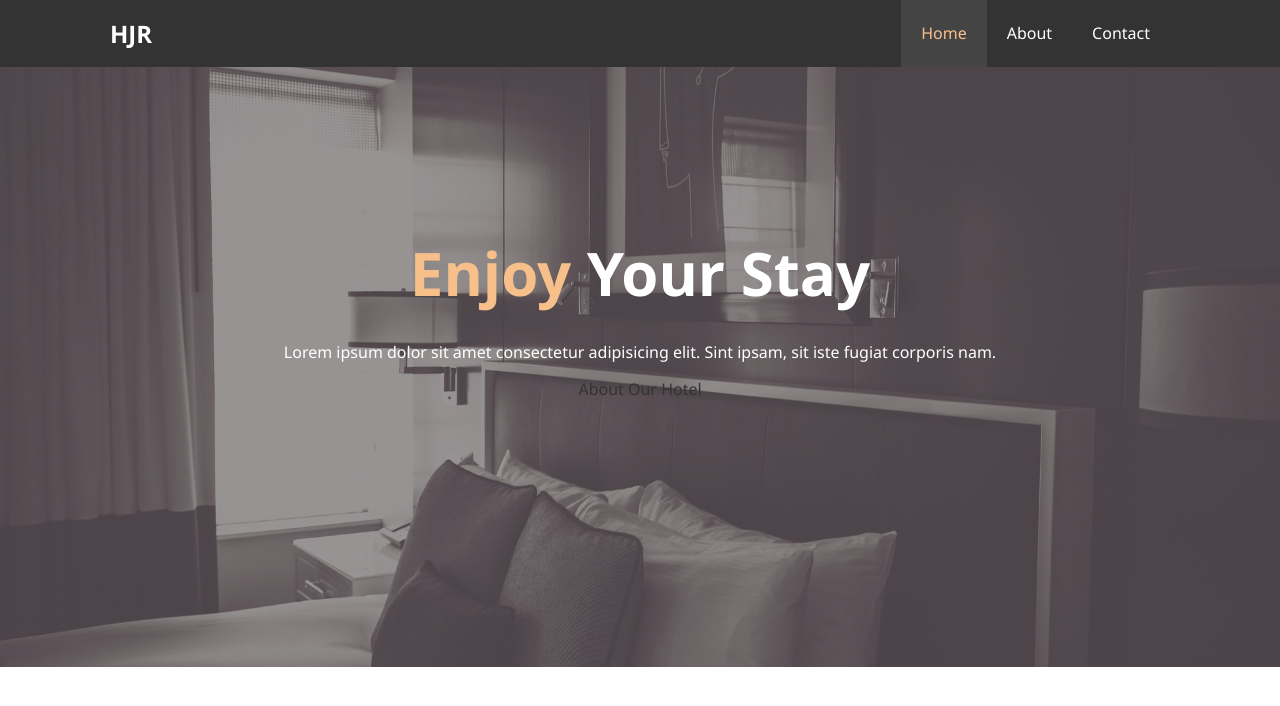
Repository: dimlutine/Hotel-Project
Page: index.html
An editor plug-in stored every save of this project. The page is shown before and after the next save, followed by the edit.
The browser window is 1280 px wide. The pictures show the whole page.

Above is the page before, as saved 2019-07-05 21:53:05.

After the next save:
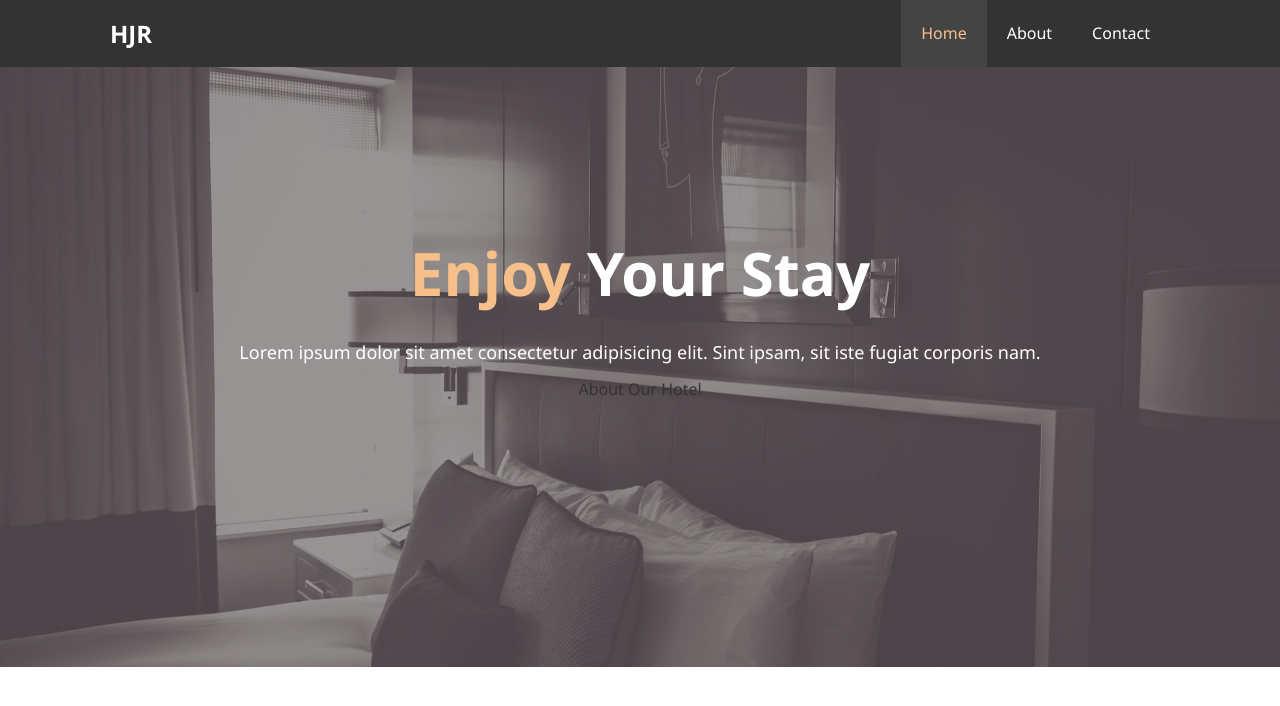
Saved 47 s later.
--- a/css/style.css
+++ b/css/style.css
@@ -34,6 +34,10 @@ p {
 
 .text-primary {
     color: #f7c08a;
+}
+
+.lead {
+    font-size: 18px;
 }
 
 #navbar {
